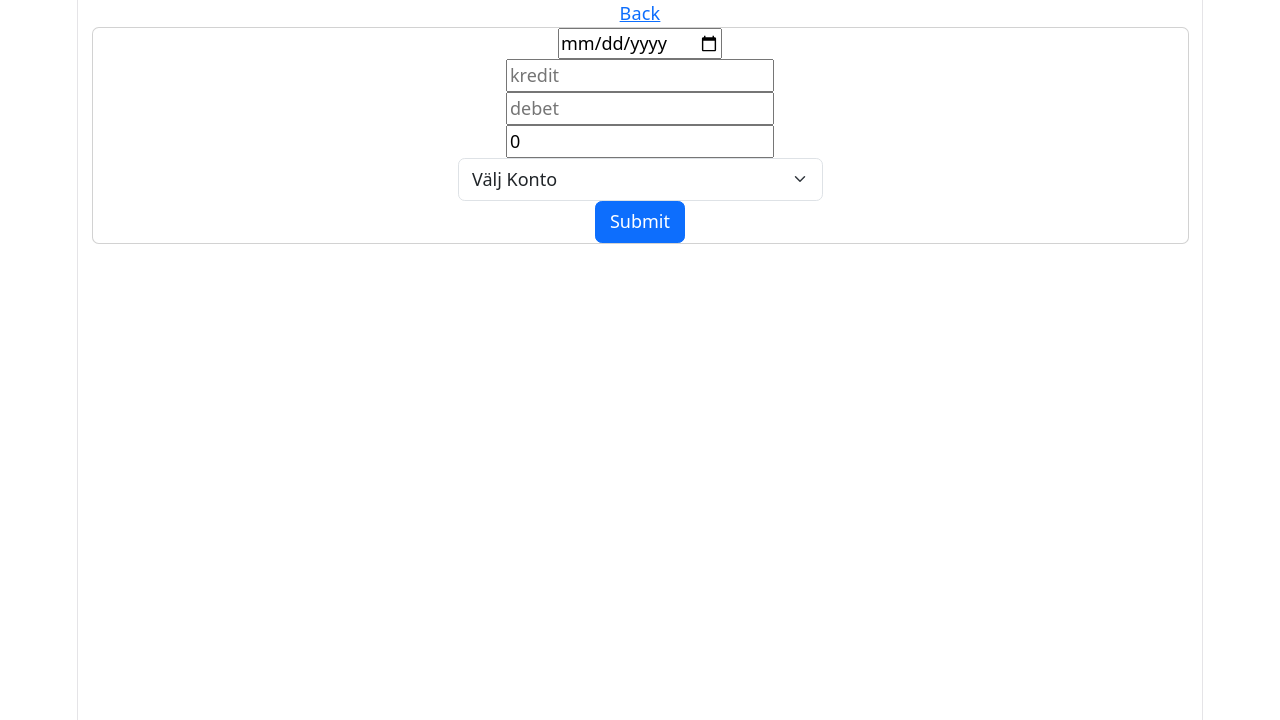
Repository: supply24/kidsaccount
Page: /action
The author's editor kept a copy of each file at every save. The page is drawn from the files as they stood at one save, then again after the next save.
The browser window is 1280 px wide. The pictures show the whole page.
The page's requests for data from a server got no answer. The project was rebuilt for these pictures with package versions that can differ from the ones it lists, and the page was loaded fresh each time. No one was signed in, and anything a server would have sent is missing. Also part of the build but not shown: vite.config.js, src/App.css, src/App.jsx, src/Homing.jsx, src/Emilia.jsx, src/Alexander.jsx.

Above is the page before, as saved 2026-08-01 05:32:25.

After the next save:
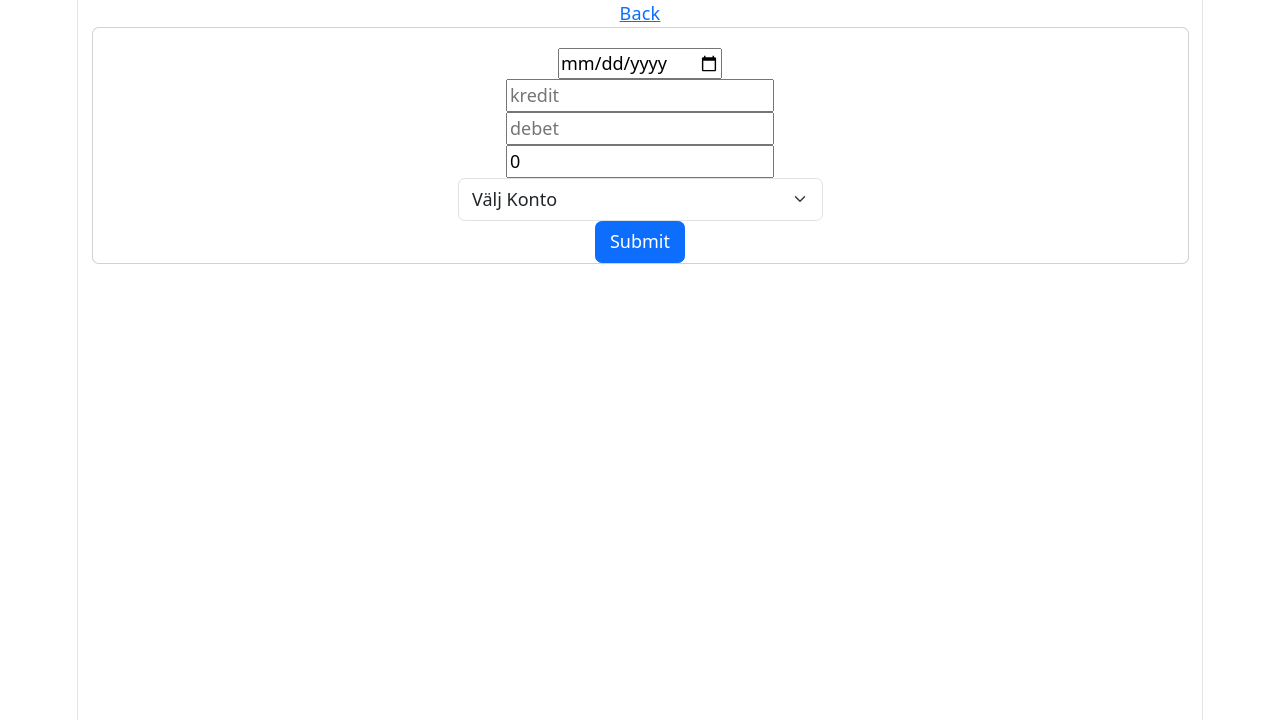
Saved 6 s later.
--- a/src/Actions.jsx
+++ b/src/Actions.jsx
@@ -75,7 +75,7 @@ const Actions = () => {
 
           <Card>
             <Form onSubmit={handleSubmit}>
-              <Col md={4} className="mx-auto" sty le={{marginTop:"20px"}}>
+              <Col md={4} className="mx-auto" style={{marginTop:"20px"}}>
 <input type="date" value={datetime} onChange={handleDatetime} />
 <input type="number" value={kredit} onChange={handleKredit} placeholder='kredit'/>
 <input type="number" value={debet} onChange={handleDebet} placeholder='debet'/>
